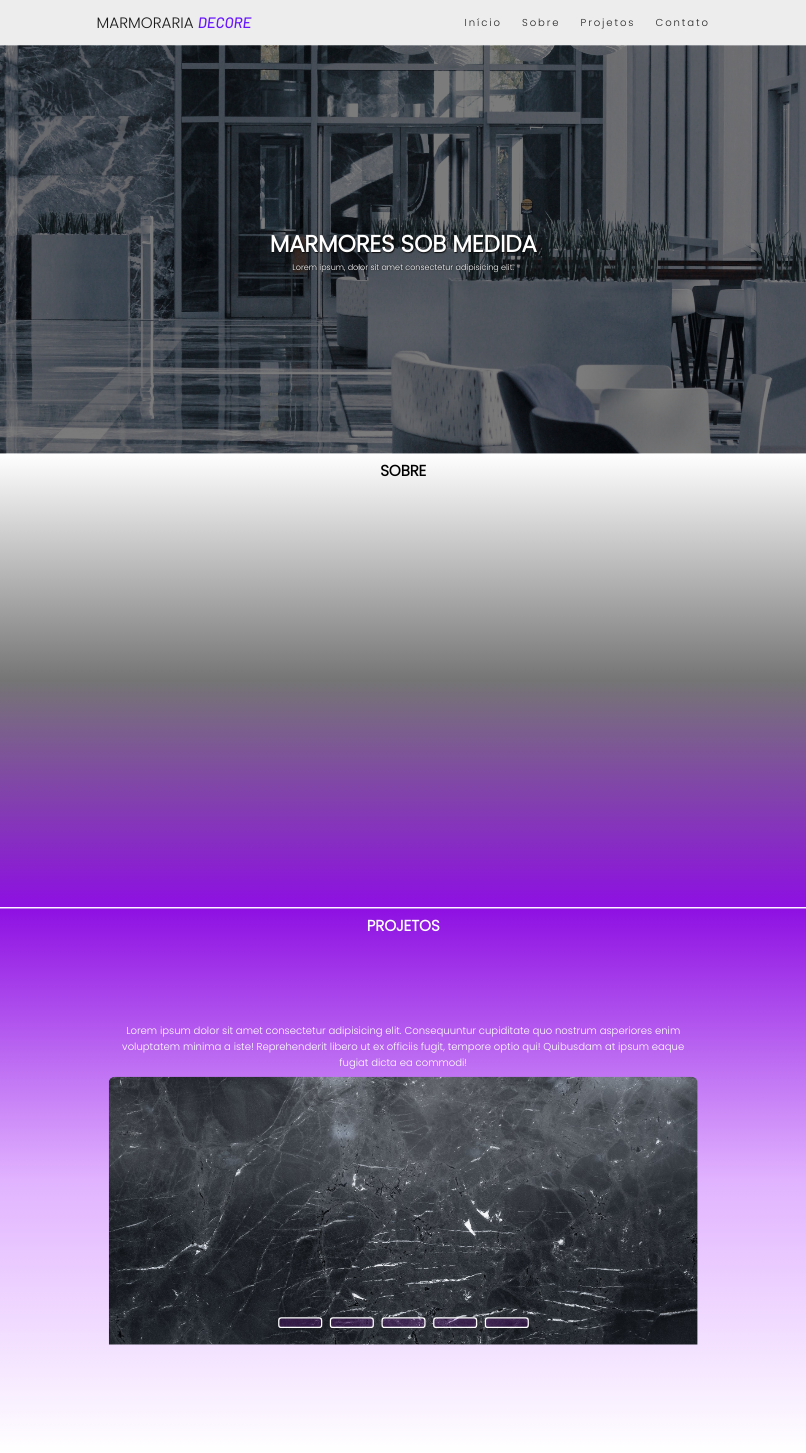
Repository: XFERRER7/projeto-xt7
Page: projetoMarmoraria/index.html
The author's editor kept a copy of each file at every save. The page is drawn from the files as they stood at one save, then again after the next save.
The browser window is 1280 px wide. The pictures show the whole page, at 63% of full size.

Above is the page before, as saved 2022-04-21 17:23:31.

### projetoMarmoraria/index.html
<!DOCTYPE html>
<html lang="pt-br">

<head>
  <meta charset="UTF-8">
  <meta http-equiv="X-UA-Compatible" content="IE=edge">
  <meta name="viewport" content="width=device-width, initial-scale=1.0">
  <title>Marmoraria Decore</title>
  <link rel="stylesheet" href="css/style.css">

</head>

<body>
  <header>
    <nav>
      <a class="logo" href="#">MARMORARIA <span id="decore">DECORE</span></a>
      <div class="mobile-menu">
        <div class="line1"></div>
        <div class="line2"></div>
        <div class="line3"></div>
      </div>
      <ul class="nav-list">
        <li><a href="#">Início</a></li>
        <li><a href="#">Sobre</a></li>
        <li><a href="#">Projetos</a></li>
        <li><a href="#">Contato</a></li>
      </ul>
    </nav>
    <div class="hero-section">
      <div class="hero-section-text">
        <h1 id="titulo-header">MARMORES SOB MEDIDA</h1>
        <p id="paragrafo-header">Lorem ipsum, dolor sit amet consectetur adipisicing elit.</p>
      </div>
    </div>
  </header>
  <main>


    <section class="section-b">
      <h1 id="section-b-h1">SOBRE</h1>
    </section>




    <div id="divisa"></div>





    <section class="section-a">
      <h1 id="section-a-h1">PROJETOS</h1>
      <div class="content">
        <p class="desc" id="descricao">Lorem ipsum dolor sit amet consectetur adipisicing elit. Consequuntur cupiditate quo nostrum asperiores enim voluptatem minima a iste! Reprehenderit libero ut ex officiis fugit, tempore optio qui! Quibusdam at ipsum eaque fugiat dicta ea commodi!</p>
        <div class="slides">
          <input type="radio" name="slide" id="slide1" checked>
          <input type="radio" name="slide" id="slide2">
          <input type="radio" name="slide" id="slide3">
          <input type="radio" name="slide" id="slide4">
          <input type="radio" name="slide" id="slide5">
          <div class="slide s1">
            <img src="./img/2.jpg" alt="img-1">
          </div>
          <div class="slide">
            <img src="./img/1.jpg" alt="img-2">
          </div>
          <div class="slide">
            <img src="./img/3.jpg" alt="img-3">
          </div>
          <div class="slide">
            <img src="./img/4.jpg" alt="img-4">
          </div>
          <div class="slide">
            <img src="./img/5.jpg" alt="img-5">
          </div>
        </div>
        <div class="navigation">
          <!-- Aqui ficará os labels para selecionar os inputs das imagens-->
          <label class="bar" id="lbl1" for="slide1" onclick="mudarTextoLbl1()"></label>
          <label class="bar" id="lbl2" for="slide2" onclick="mudarTextoLbl2()"></label>
          <label class="bar" id="lbl3" for="slide3" onclick="mudarTextoLbl3()"></label>
          <label class="bar" id="lbl4" for="slide4" onclick="mudarTextoLbl4()"></label>
          <label class="bar" id="lbl5" for="slide5" onclick="mudarTextoLbl5()"></label>
        </div>
      </div>
    </section>

  </main>




  <script src="js/menu-bar.js"></script>
  <script src="js/changeText.js"></script>

  <footer>

  </footer>
</body>

</html>

### projetoMarmoraria/css/style.css
@import url('https://fonts.googleapis.com/css2?family=Poppins:ital,wght@0,300;1,100&display=swap');
@import url('https://fonts.googleapis.com/css2?family=Barlow:ital,wght@1,500&display=swap');

* {
  margin: 0;
  padding: 0;
  box-sizing: border-box;
  font-family: 'Poppins', sans-serif;
}

::-webkit-scrollbar {
  width: 15px;
}

::-webkit-scrollbar-track {
  background: #ffffff;

}

::-webkit-scrollbar-thumb {
  background: rgb(154, 2, 255);
  border-radius: 3px;
}

/*----------------------------------MENU-BAR----------------------------------*/
a {
  color: rgb(37, 37, 37);
  text-decoration: none;
  transition: 0.8s;
}

a:hover {
  color: blue;
  opacity: 0.7;
}

.logo {
  font-size: 1.5em;
  text-transform: uppercase;
  color: rgb(26, 26, 26);
}

#decore {
  font-family: 'Barlow', sans-serif;
  color: #6817ff;
}

nav {
  display: flex;
  justify-content: space-around;
  align-items: center;
  font-family: 'Poppins', sans-serif;
  background: #ededed;
  height: 10vh;
}


.nav-list {
  list-style: none;
  display: flex;
}

.nav-list li {
  letter-spacing: 3px;
  margin-left: 32px;
}

.mobile-menu {
  display: none;
  cursor: pointer;
}

.mobile-menu div {
  width: 32px;
  height: 2px;
  background: rgb(20, 24, 255);
  margin: 8px;
  transition: 0.3s;
}

@media (max-width: 999px) {
  body {
    overflow-x: hidden;
  }

  .logo {
    font-size: 1.8rem;
  }

  .nav-list {
    overflow-x: hidden;
    position: fixed;
    top: 10vh;
    right: 0;
    width: 50vw;
    height: 40vh;
    background: #ededed;
    flex-direction: column;
    align-items: center;
    justify-content: space-around;
    transform: translateX(100%);
    transition: transform 0.3s ease-in;
  }

  .nav-list li {
    margin-left: 0;
    opacity: 0;
  }

  .mobile-menu {
    display: block;
  }
}

.nav-list.active {
  transform: translateX(0);
}

@keyframes navLinkFade {
  from {
    opacity: 0;
    transform: translateX(50px);
  }

  to {
    opacity: 1;
    transform: translateX(0);
  }
}

.mobile-menu.active .line1 {
  transform: rotate(-45deg) translate(-8px, 8px);
}

.mobile-menu.active .line2 {
  opacity: 0;
}

.mobile-menu.active .line3 {
  transform: rotate(45deg) translate(-5px, -7px);
}

/*------------------------------IMAGEM DO HEADER------------------------------*/
.hero-section {
  background-image: linear-gradient(to bottom, rgba(0, 0, 0, 0.516), rgba(0, 0, 0, 0.516)), url(../img/img-header.jpg);
  background-position: 50%;
  background-repeat: no-repeat;
  background-size: cover;
  height: 90vh;
  text-align: center;
  display: -webkit-flex;
  display: -ms-flexbox;
  display: flex;
  -webkit-align-items: center;
  -ms-flex-align: center;
  align-items: center;
  -webkit-justify-content: center;
  -ms-flex-pack: center;
  justify-content: center;
}

#titulo-header {
  font-size: 2.3rem;
}

#paragrafo-header {
  font-size: 0.8rem;
}

.hero-section .hero-section-text {
  color: #fefefe;
  text-shadow: 1px 1px 2px #0a0a0a;
}


main {
  margin: 0;
  padding: 0;
  height: 150vh;
  width: 100%;
  position: absolute;
}

/*------------------------------------Sobre------------------------------------*/

.section-b {
  height: 100vh;
  background-image: linear-gradient(to bottom, #fff, rgb(117, 117, 117), rgb(142, 16, 226));
}

#section-b-h1 {
  text-align: center;
  padding-top: 10px;
}

/*------------------------------Slider de imagens------------------------------*/

.section-a {
  height: 120vh;
  background-image: linear-gradient(to top, #fff, rgb(225, 179, 255), rgb(142, 16, 226));
  position: relative;
  color: #fff;
}

#section-a-h1 {
  text-align: center;
  padding-top: 10px;
}

.content {
  height: 520px;
  width: 935px;
  overflow: hidden;
  position: absolute;
  top: 50%;
  left: 50%;
  transform: translate(-50%, -50%);
}

.desc {
  text-align: center;
  padding: 10px;
}

.navigation {
  position: absolute;
  bottom: 20px;
  left: 50%;
  transform: translate(-50%);
  display: flex;
}

.bar {
  background-color: #b617ff28;
  width: 70px;
  height: 17px;
  border: 2px solid rgb(255, 255, 255);
  margin: 6px;
  border-radius: 5px;
  cursor: pointer;
  transition: .4s;
}

.bar:hover {
  background: #fff;
}

input {
  display: none;
}

.slides {
  display: flex;
  width: 500%;
  height: 100%;
}

.slide {
  width: 20%;
  transition: .6s;
}

.slide img {
  width: 100%;
  height: 100%;
  border-radius: 10px;
}

#slide1:checked~.s1 {
  margin-left: 0;
}

#slide2:checked~.s1 {
  margin-left: -20%;
}

#slide3:checked~.s1 {
  margin-left: -40%;
}

#slide4:checked~.s1 {
  margin-left: -60%;
}

#slide5:checked~.s1 {
  margin-left: -80%;
}

@media (max-width: 999px) {

  .content {
    margin-top: -350px;
    width: 100%;

  }



}

#divisa {
  height: 2px;
  background-color: #ffffff;
}

### projetoMarmoraria/js/menu-bar.js
class MobileNavbar {
  constructor(mobileMenu, navList, navLinks) {
    this.mobileMenu = document.querySelector(mobileMenu);
    this.navList = document.querySelector(navList);
    this.navLinks = document.querySelectorAll(navLinks);
    this.activeClass = "active";

    this.handleClick = this.handleClick.bind(this);
  }

  animateLinks() {
    this.navLinks.forEach((link, index) => {
      link.style.animation
        ? (link.style.animation = "")
        : (link.style.animation = `navLinkFade 0.5s ease forwards ${
            index / 7 + 0.3
          }s`);
    });
  }

  handleClick() {
    this.navList.classList.toggle(this.activeClass);
    this.mobileMenu.classList.toggle(this.activeClass);
    this.animateLinks();
  }

  addClickEvent() {
    this.mobileMenu.addEventListener("click", this.handleClick);
  }

  init() {
    if (this.mobileMenu) {
      this.addClickEvent();
    }
    return this;
  }
}

const mobileNavbar = new MobileNavbar(
  ".mobile-menu",
  ".nav-list",
  ".nav-list li",
);
mobileNavbar.init();

### projetoMarmoraria/js/changeText.js
function mudarTextoLbl1() {
  document.getElementById('descricao').textContent = "Lorem ipsum dolor sit amet consectetur adipisicing elit. Hic, nisi exercitationem harum officia facilis nihil vitae eligendi provident architecto quis quod unde quas incidunt assumenda corporis iste repudiandae esse voluptatibus?";
}
function mudarTextoLbl2() {
  document.getElementById('descricao').textContent = "Lorem ipsum dolor sit, amet consectetur adipisicing elit. Sapiente distinctio ipsa incidunt non exercitationem laboriosam animi id accusamus placeat, commodi, veniam rerum ut! Fugiat tenetur unde nihil minima fuga veniam odio nulla pariatur eum reiciendis.";
}
function mudarTextoLbl3() {
  document.getElementById('descricao').textContent = "Lorem ipsum dolor sit amet consectetur adipisicing elit. Quas nisi saepe nobis? Maxime blanditiis illo animi tempora maiores expedita qui eum, iusto, ratione odit quia repellendus delectus voluptate nobis nam tenetur, officiis magnam quisquam fugiat dicta nisi id natus. Magnam.";
}
function mudarTextoLbl4() {
  document.getElementById('descricao').textContent = "Lorem ipsum dolor sit amet, consectetur adipisicing elit. Quos eius dolor libero iste impedit nesciunt animi totam corporis id quod.";
}
function mudarTextoLbl5() {
  document.getElementById('descricao').textContent = "Lorem ipsum dolor sit amet, consectetur adipisicing elit. Obcaecati nulla quos quia? Consectetur laudantium illum asperiores excepturi. Itaque ab, rem tempore ullam, fugit aspernatur est alias quaerat expedita nulla, unde recusandae dolore quidem reiciendis atque?";
}

After the next save:
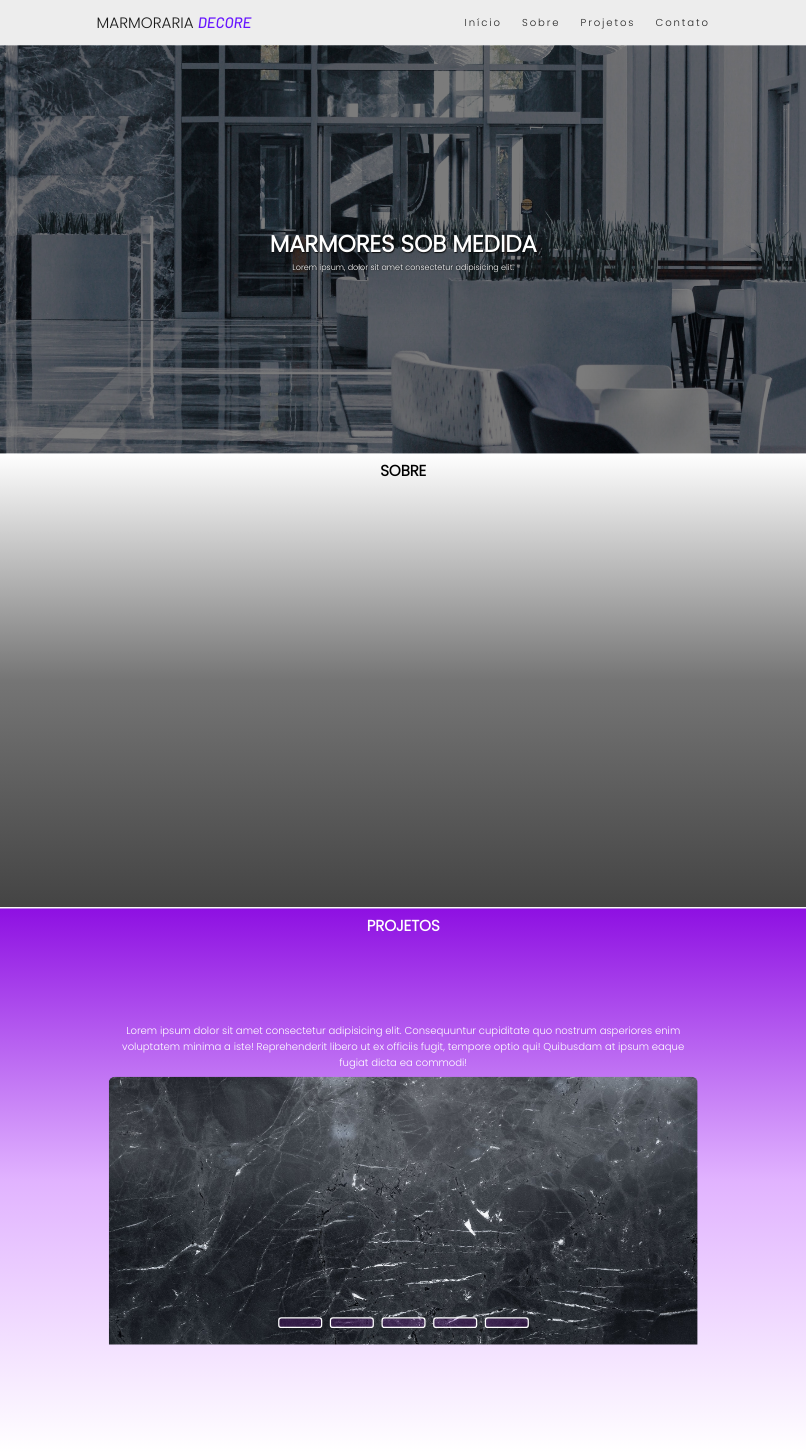
Saved 9 s later.
--- a/projetoMarmoraria/css/style.css
+++ b/projetoMarmoraria/css/style.css
@@ -185,7 +185,7 @@ main {
 
 .section-b {
   height: 100vh;
-  background-image: linear-gradient(to bottom, #fff, rgb(117, 117, 117), rgb(142, 16, 226));
+  background-image: linear-gradient(to bottom, #fff, rgb(117, 117, 117), rgb(68, 68, 68));
 }
 
 #section-b-h1 {
